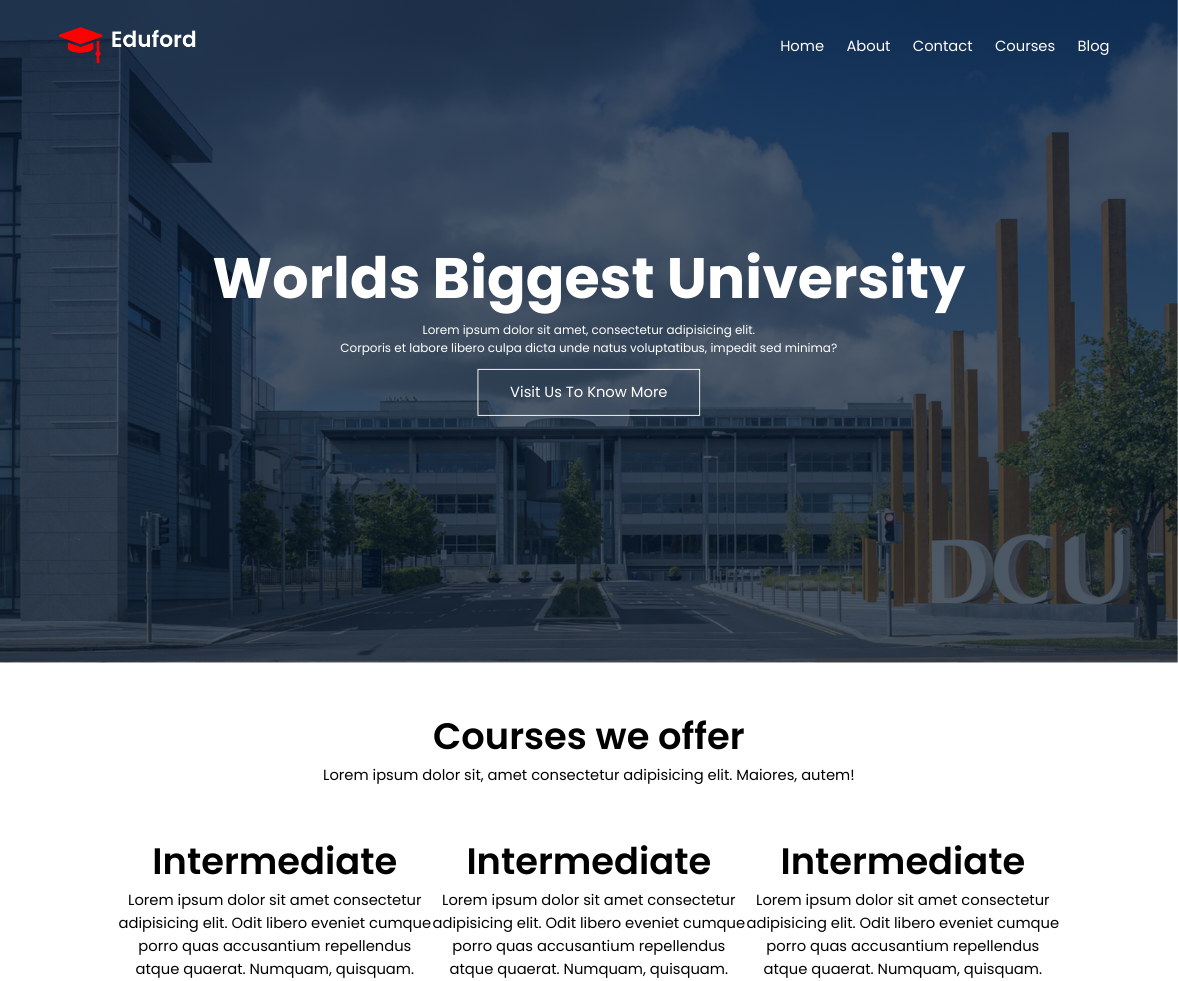
Repository: yashrajverma/Practise
Page: index.html
The author's editor kept a copy of each file at every save. The page is drawn from the files as they stood at one save, then again after a run of saves.
The browser window is 1280 px wide. The pictures show the whole page, at 92% of full size.

Above is the page before, as saved 2021-04-27 12:03:33.

### index.html
<!DOCTYPE html>
<html lang="en">
  <head>
    <meta charset="UTF-8" />
    <meta name="viewport" content="width=device-width, initial-scale=1.0" />
    <title>Website</title>
    <link rel="stylesheet" href="style.css" />
    <link rel="preconnect" href="https://fonts.gstatic.com">
<link href="https://fonts.googleapis.com/css2?family=Poppins:ital,wght@0,100;0,400;0,600;0,700;1,500&display=swap" rel="stylesheet">
<link rel="stylesheet" href="https://cdn.jsdelivr.net/npm/@fortawesome/fontawesome-free@5.15.3/css/fontawesome.min.css" integrity="sha384-wESLQ85D6gbsF459vf1CiZ2+rr+CsxRY0RpiF1tLlQpDnAgg6rwdsUF1+Ics2bni" crossorigin="anonymous">
<link rel="stylesheet" href="https://cdnjs.cloudflare.com/ajax/libs/font-awesome/5.15.3/css/all.min.css" integrity="sha512-iBBXm8fW90+nuLcSKlbmrPcLa0OT92xO1BIsZ+ywDWZCvqsWgccV3gFoRBv0z+8dLJgyAHIhR35VZc2oM/gI1w==" crossorigin="anonymous" />

</head>
  <body>
    <section class="header">
        <nav>
         <a href="index.html"><img src="eduford_img/logo.png" alt="logo" class="nav-img"/></a>
          <div class="nav-links" id="navLinks">
            <i class="fa fa-times-circle" aria-hidden="true" onclick="hideMenu()"></i>
             <ul>
            <li><a href="#">Home</a></li>
            <li><a href="#">About</a></li>
            <li><a href="#">Contact</a></li>
            <li><a href="#">Courses</a></li>
            <li><a href="#">Blog</a></li>
          </ul>
          </div>
          <i class="fa fa-bars" aria-hidden="true" onclick="showMenu()"></i>
        </nav>

        <div class="text-box">
          <h1>
            Worlds Biggest University
          </h1>
          <p>
            Lorem ipsum dolor sit amet, consectetur adipisicing elit. <br>
            Corporis et labore libero culpa dicta unde natus voluptatibus, impedit sed minima?
          </p>
          <a href="#">Visit Us To Know More</a>
        </div>
    </section>

    <!-- -------------------- courses --------------------- -->

    <section class="course">
      <h1>Courses we offer</h1>
      <p>Lorem ipsum dolor sit, amet consectetur adipisicing elit. Maiores, autem!</p>
      <div class="row">
        <div class="course-col">
          <h1>Intermediate</h1>
          <p>Lorem ipsum dolor sit amet consectetur adipisicing elit.
            Odit libero eveniet cumque porro quas accusantium repellendus atque quaerat. Numquam, quisquam.</p>
        </div>
        <div class="course-col">
          <h1>Intermediate</h1>
          <p>Lorem ipsum dolor sit amet consectetur adipisicing elit.
            Odit libero eveniet cumque porro quas accusantium repellendus atque quaerat. Numquam, quisquam.</p>
        </div>
        <div class="course-col">
          <h1>Intermediate</h1>
          <p>Lorem ipsum dolor sit amet consectetur adipisicing elit.
            Odit libero eveniet cumque porro quas accusantium repellendus atque quaerat. Numquam, quisquam.</p>
        </div>
      </div>
    </section>

    <script src="app.js"></script>
  </body>
</html>

### style.css
*{
    margin: 0;
    padding: 0;
    font-family: 'Poppins', sans-serif;
}

.header{
    width: 100%;
    min-height: 100vh;
    background:linear-gradient(rgba(2, 20, 46, 0.7),rgba(5, 20, 37, 0.7)) ,url('./eduford_img/banner.png');
    background-position: fixed;
    background-size: cover;
    background-repeat: no-repeat;
    position: relative;
}
nav{
    display: flex;
    align-items: center;
    justify-content: space-between;
    padding: 2% 5%;
}
.nav-img{
    width: 150px;
}
.nav-links{
    flex:1;
    text-align: right;
}
.nav-links ul li{
    list-style: none;
    padding: 0 10px ;
    display: inline-block;
    position: relative;
}
.nav-links ul li  a{
    text-decoration: none;
    color: white;

}
.nav-links ul li::after{
    width: 0;
    height: 2px;
    content: '';
    background-color: #f44336;
    display: block;
    margin: auto;
    transition: 0.4s;
}
.nav-links ul li:hover::after{
    width: 100%;
    box-shadow: 0px 0px 13px #f44336;
}
.text-box{
    width: 90%;
    text-align: center;
    position: absolute;
    top: 50%;
    left: 50%;
    transform: translate(-50%,-50%);
    color: white;
}
.text-box h1{
    font-size: 62px;
}
.text-box p{
    font-size: 13px;
}
.text-box a{
    display: inline-block;
    padding: 12px 34px ;
    color: white;
    text-decoration: none;
    position: relative;
    margin: 12px;
    border: 1px solid white;
    background: transparent;
    transition: 0.4s;
}
.text-box a:hover{
    background: #f44336;
    border:1px solid #f44336;
    box-shadow: 0px 0px 13px #f44336;
}

nav .fa{
    display: none;
}
@media(max-width:700px){
    .text-box h1{
        font-size: 20px;
    }
    .nav-links ul li{
        display: block;
        margin: 10px;
    }
    .nav-links{
        position: absolute;
        top: 0;
        right: -200px;
        background: #f44336;
        width: 200px;
        height: 100vh;
        text-align: left;
        z-index: 2;
    }
    nav .fa{
        display: block;
        color:white;
        font-size: 24px;
        cursor: pointer;
    }
}

/* ------------------------------------- course ----------------------------- */

.course{
    text-align: center;
    margin: auto;
    margin-top: 50px;
    width: 80%;
}
.course h1{
    font-size: 40px;
    font-weight: 600;
}

.row{
    margin-top: 5%;
    display: flex;
    justify-content: space-between;
}
.course-col{

}

### app.js
var navLinks=document.getElementById('navLinks')
function hideMenu(){
    navLinks.style.right='-200px';
}
function showMenu(){
    navLinks.style.right="0"
}

After the next 2 saves:
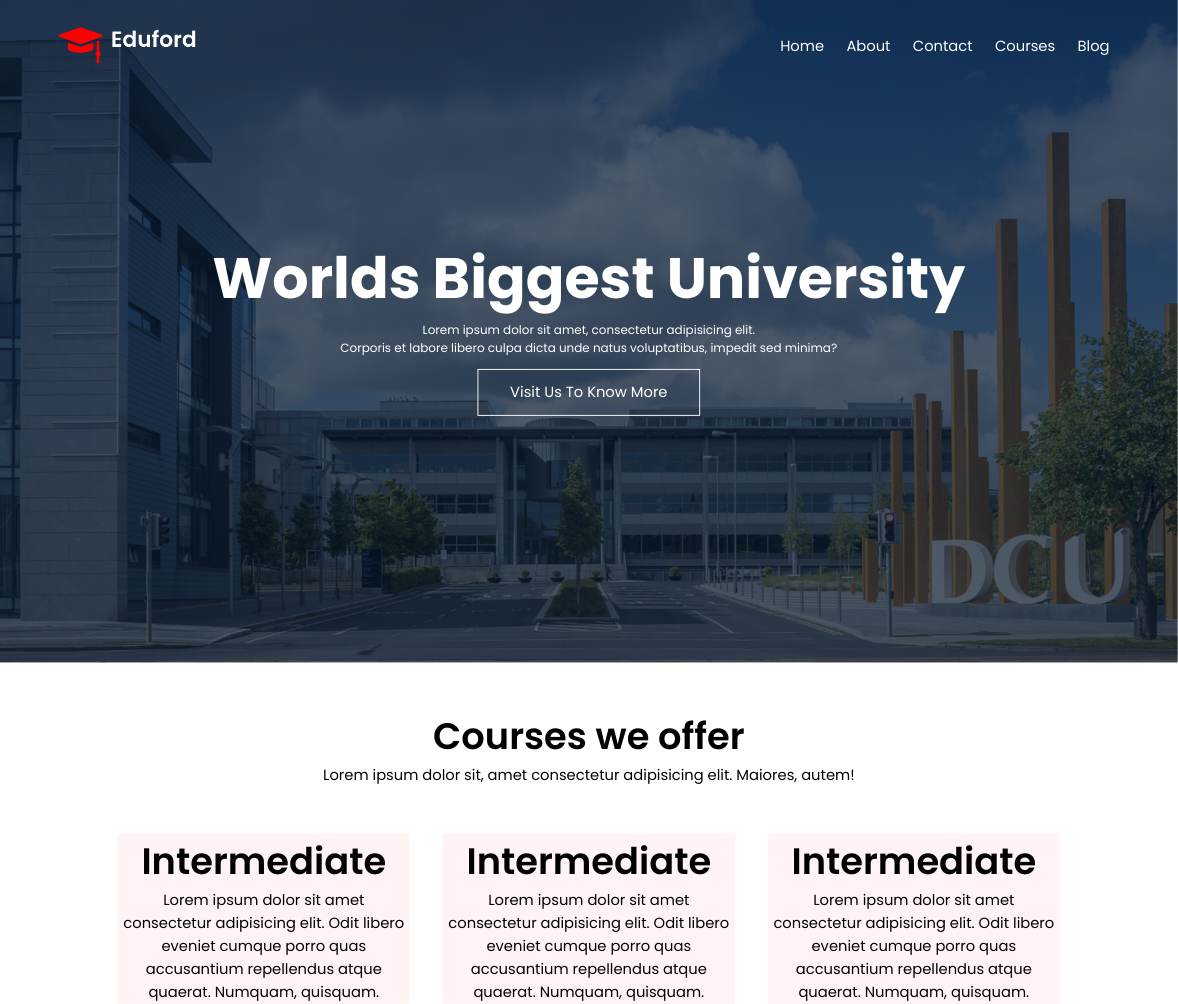
The 2 saves are shown as one change because they came seconds apart.
The last was saved 45 s later.
--- a/style.css
+++ b/style.css
@@ -130,5 +130,7 @@
     justify-content: space-between;
 }
 .course-col{
+    flex-basis: 31%;
+    background: #fff3f3;
 
 }
